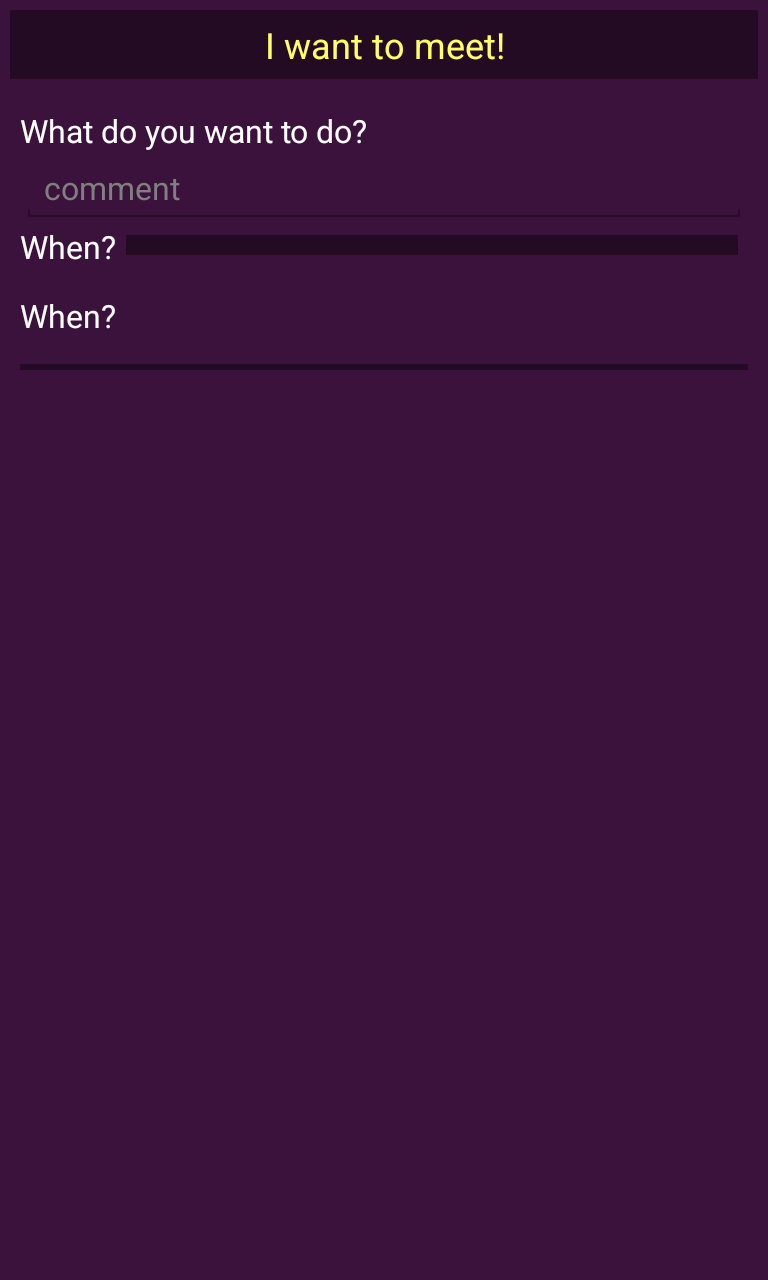
Repository: Valian/MeetMe
Layout: MeetMe/res/layout/activity_status_change.xml
The author's editor kept a copy of each file at every save. The layout is drawn from the files as they stood at one save, then again after the next save.
It is drawn on a 768 x 1280 px phone screen (xhdpi) without system bars, with theme AppTheme; the app's code is not run.

Above is the layout before, as saved 2014-01-10 00:52:43.

### MeetMe/res/layout/activity_status_change.xml
<LinearLayout
    xmlns:android="http://schemas.android.com/apk/res/android"
    xmlns:tools="http://schemas.android.com/tools"
    style="@style/BodyLinearLayout"
    tools:context=".StatusChangeActivity" >

    <TextView
        style="@style/HeaderStrip"
        android:layout_width="match_parent"
        android:layout_marginBottom="@dimen/activity_vertical_margin"
        android:text="@string/want_to_meet" />

    <LinearLayout style="@style/VerticalLayout">

	    <TextView
	    android:text="@string/want_to_meet_comment"
		android:layout_width="match_parent"
	    android:layout_height="wrap_content"
	    />

	    <EditText
	    android:id="@+id/meeting_reason"
	    android:layout_width="fill_parent"
	    android:layout_height="wrap_content"
	    android:textSize="@dimen/main_menu_text"
	    android:inputType="text"
	    android:hint="@string/comment"
		android:textColor="@color/white"
        />

	    <LinearLayout android:orientation="horizontal"
	    android:layout_width="match_parent"
	    android:layout_height="wrap_content">
	        <TextView
		    android:text="@string/when"
			android:layout_width="wrap_content"
		    android:layout_height="wrap_content"
		    android:textSize="@dimen/main_menu_text"
		    android:layout_gravity="center"
	        />

	        <Spinner
	        android:id="@+id/dateSpinner"
	        style="@style/DefaultSpinnerStyle"
	        />

	  	</LinearLayout>


	    <LinearLayout android:orientation="horizontal"
	    android:layout_width="match_parent"
	    android:layout_height="wrap_content">
	        <TextView
		    android:text="@string/when"
			android:layout_width="match_parent"
		    android:layout_height="wrap_content"
		    android:textSize="@dimen/main_menu_text"
		    android:layout_gravity="center"
	        />

	        <Button
	    android:id="@+id/timeButton"
	    android:layout_width="wrap_content"
	    android:layout_height="wrap_content"
	    />

	  	</LinearLayout>


	   <!--  android:onClick="timeButtonClicked"  -->

	    <View style="@style/Divider"/>

    </LinearLayout>



</LinearLayout>

### MeetMe/res/values/styles.xml
<resources xmlns:android="http://schemas.android.com/apk/res/android">

    <!--
        Base application theme, dependent on API level. This theme is replaced
        by AppBaseTheme from res/values-vXX/styles.xml on newer devices.
    -->
    <style name="AppBaseTheme" parent="android:Theme.Light">
        <!--
            Theme customizations available in newer API levels can go in
            res/values-vXX/styles.xml, while customizations related to
            backward-compatibility can go here.
        -->
    </style>


   <style name="AppTheme" parent="AppBaseTheme">
		 <item name="android:textColor">@color/white</item>
		 <item name="android:textSize">@dimen/main_menu_text</item>

   </style>


   <style name="BodyContainer">
        <item name="android:layout_width">match_parent</item>
	    <item name="android:layout_height">match_parent</item>
	    <item name="android:background">@color/purple</item>
   </style>

   <style name="BodyLinearLayout" parent="BodyContainer">
	    <item name="android:paddingBottom">@dimen/activity_vertical_margin</item>
	    <item name="android:orientation">vertical</item>
   </style>

   <style name="BasicViewStyle">
       <item name="android:layout_margin">@dimen/default_view_margin</item>
       <item name="android:padding">@dimen/default_view_padding</item>
   </style>

   <style name="HeaderStrip" parent="@style/BasicViewStyle">
       <item name="android:layout_width">match_parent</item>
	    <item name="android:layout_height">wrap_content</item>
	    <item name="android:textColor">@color/lightYellow</item>
	    <item name="android:textSize">18sp</item>
	    <item name="android:gravity">center</item>
	    <item name="android:background">@color/darkPurple</item>
	    <item name="android:layout_marginLeft">0dp</item>
       <item name="android:layout_marginRight">0dp</item>
   </style>

   <style name="VerticalLayout" parent="@style/BasicViewStyle">
       <item name="android:orientation">vertical</item>
       <item name="android:layout_width">match_parent</item>
	   <item name="android:layout_height">wrap_content</item>
	   <item name="android:layout_marginBottom">@dimen/linear_layout_margin</item>
       <item name="android:layout_marginTop">@dimen/linear_layout_margin</item>
       <item name="android:layout_marginLeft">@dimen/linear_layout_margin</item>
       <item name="android:layout_marginRight">@dimen/linear_layout_margin</item>
   </style>

   <style name="InlineFormTextView">
       	<item name="android:layout_width">wrap_content</item>
		<item name="android:layout_height">wrap_content</item>
		<item name="android:textSize">@dimen/main_menu_text</item>
		<item name="android:layout_gravity">center</item>
   </style>

   <style name="DefaultSpinnerStyle" parent="@style/BasicViewStyle">
       <item name="android:background">@color/darkPurple</item>
       <item name="android:popupBackground">@color/darkPurple</item>
       <item name="android:layout_width">match_parent</item>
	   <item name="android:layout_height">wrap_content</item>
   </style>

   <style name="Divider">
       <item name="android:background">@color/darkPurple</item>
       <item name="android:layout_width">match_parent</item>
	   <item name="android:layout_height">3dp</item>

   </style>

   <style name="BigButton">
       <item name="android:background">@color/darkPurple</item>
       <item name="android:layout_width">wrap_content</item>
       <item name="android:layout_height">wrap_content</item>
	    <item name="android:textColor">@color/gold</item>
	    <item name="android:paddingLeft">50dp</item>
       <item name="android:paddingRight">50dp</item>
   </style>

</resources>

### MeetMe/res/values-v14/styles.xml
<resources>

    <!--
        Base application theme for API 14+. This theme completely replaces
        AppBaseTheme from BOTH res/values/styles.xml and
        res/values-v11/styles.xml on API 14+ devices.
    -->
    <style name="AppBaseTheme" parent="android:Theme.Holo.Light.DarkActionBar">
        <!-- API 14 theme customizations can go here. -->

    </style>


</resources>

### MeetMe/res/values/colors.xml
<?xml version="1.0" encoding="utf-8"?>
<resources>
    <color name="white">#FFFFFF</color>

    <color name="purple">#3B123B</color>
    <color name="darkPurple">#240B24</color>

    <color name="gold">#EBEB17</color>
    <color name="lightYellow">#FFFF66</color>

    <color name="red">#D43F3F</color>
    <color name="lightRed">#FF6666</color>

</resources>

### MeetMe/res/values/dimens.xml
<resources>

    <!-- Default screen margins, per the Android Design guidelines. -->
    <dimen name="activity_horizontal_margin">16dp</dimen>
    <dimen name="activity_vertical_margin">16dp</dimen>

    <dimen name="main_menu_text">16sp</dimen>
    <dimen name="linear_layout_margin">10dp</dimen>
    <dimen name="default_edit_text_height">20dp</dimen>
    <dimen name="datepicker_width">180dp</dimen>
    <dimen name="datepicker_height">80dp</dimen>

    <dimen name="default_view_padding">5dp</dimen>
    <dimen name="default_view_margin">5dp</dimen>
</resources>

### MeetMe/res/values/strings.xml
<?xml version="1.0" encoding="utf-8"?>
<resources>

    <!-- application -->
    <string name="app_name">MeetMe</string>
    <string name="action_settings">Settings</string>

    <!-- main menu -->
    <string name="title_activity_main_menu">Main Menu</string>
    <string name="want_to_meet">I want to meet!</string>

    <!-- status change -->

    <string name="want_to_meet_comment">What do you want to do?</string>
    <string name="comment">comment</string>
    <string name="when">When?</string>
    <string name="from">From</string>
    <string name="how_long">For</string>
    <string name="today">Today</string>
    <string name="tomorrow">Tomorrow</string>
    <string name="who_wants_to_meet">Who wants to meet?</string>
    <string name="hello_world">Hello world!</string>
    <string name="title_activity_friend_list">FriendListActivity</string>

</resources>

Loaded but not shown: MeetMe/res/values-v11/styles.xml (common file)

After the next save:
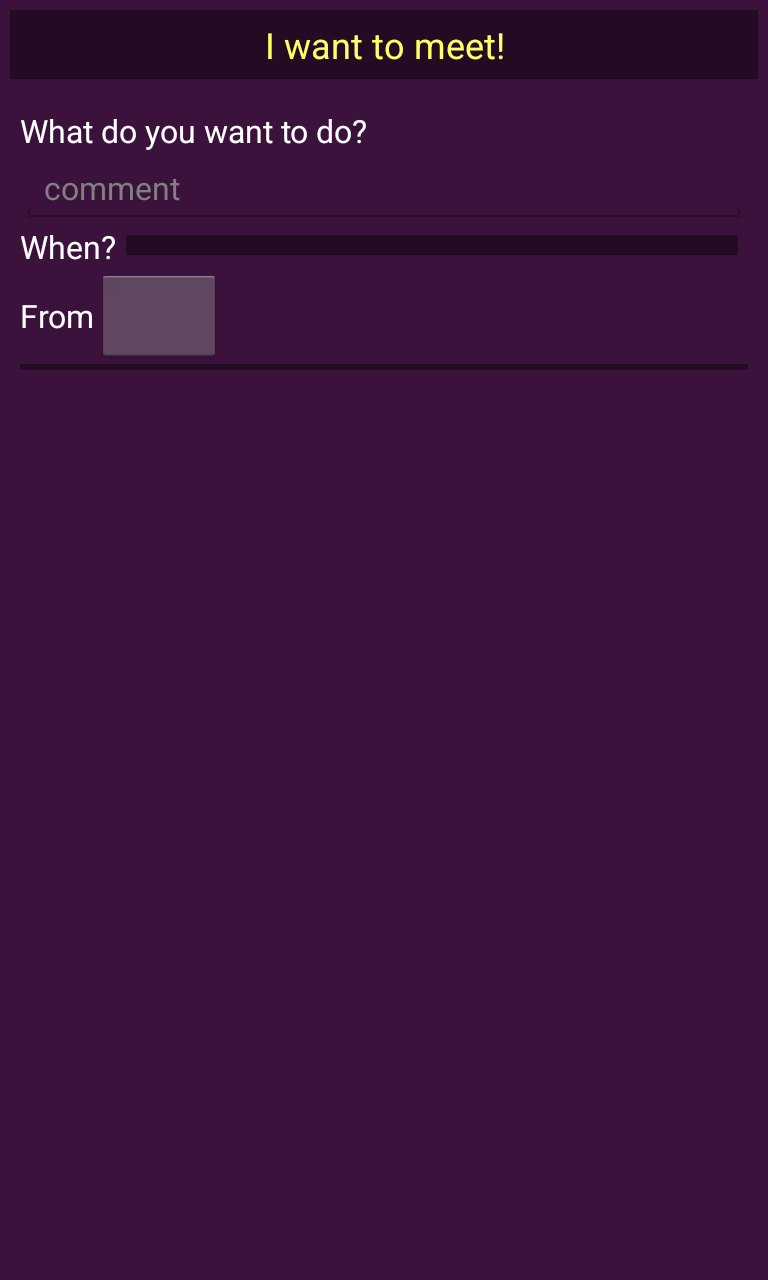
Saved 22 s later.
--- a/MeetMe/res/layout/activity_status_change.xml
+++ b/MeetMe/res/layout/activity_status_change.xml
@@ -33,10 +33,7 @@
 	    android:layout_height="wrap_content">
 	        <TextView
 		    android:text="@string/when"
-			android:layout_width="wrap_content"
-		    android:layout_height="wrap_content"
-		    android:textSize="@dimen/main_menu_text"
-		    android:layout_gravity="center"
+			style="@style/InlineFormTextView"
 	        />
 
 	        <Spinner
@@ -51,11 +48,8 @@
 	    android:layout_width="match_parent"
 	    android:layout_height="wrap_content">
 	        <TextView
-		    android:text="@string/when"
-			android:layout_width="match_parent"
-		    android:layout_height="wrap_content"
-		    android:textSize="@dimen/main_menu_text"
-		    android:layout_gravity="center"
+		    android:text="@string/from"
+			style="@style/InlineFormTextView"
 	        />
 
 	        <Button
